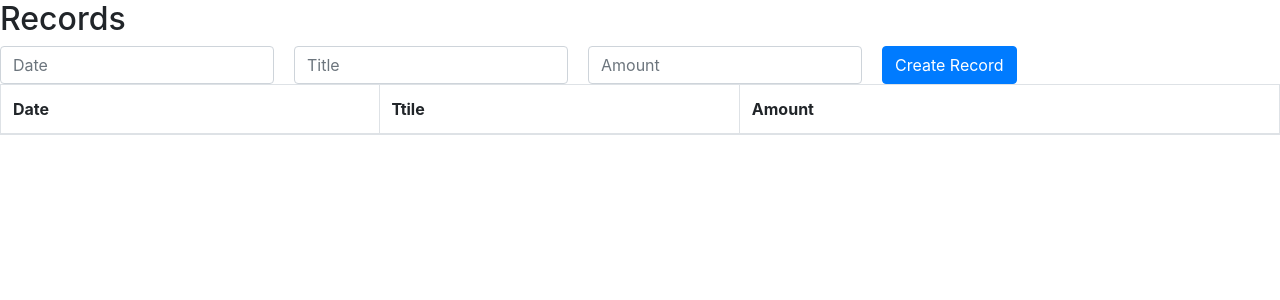
Repository: wjszydygns/accouts
Page: /
The author's editor kept a copy of each file at every save. The page is drawn from the files as they stood at one save, then again after the next save.
The browser window is 1280 px wide. The pictures show the whole page.
The page's requests for data from a server got no answer. The project was rebuilt for these pictures with package versions that can differ from the ones it lists, and the page was loaded fresh each time. No one was signed in, and anything a server would have sent is missing. Also part of the build but not shown: src/components/record.jsx.

Above is the page before, as saved 2018-11-30 15:07:52.

After the next save:
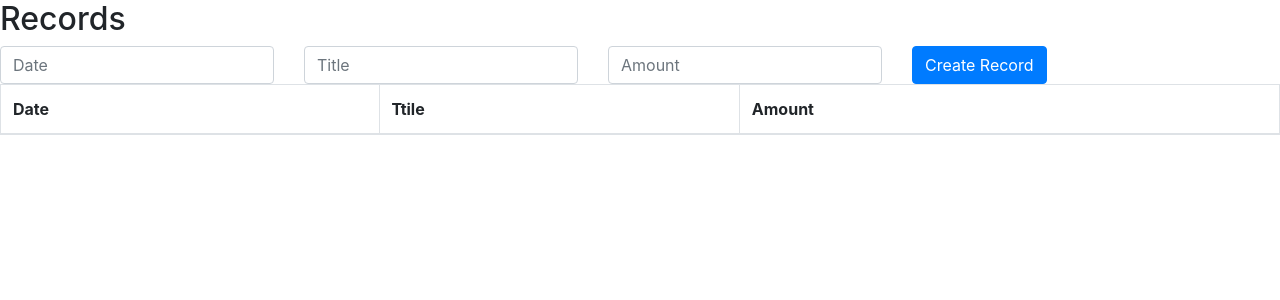
Saved 10 s later.
--- a/src/index.css
+++ b/src/index.css
@@ -9,7 +9,7 @@ body {
 }
 
 .form-group{
-    margin-right:20px;
+    margin-right:30px;
 
 
 
